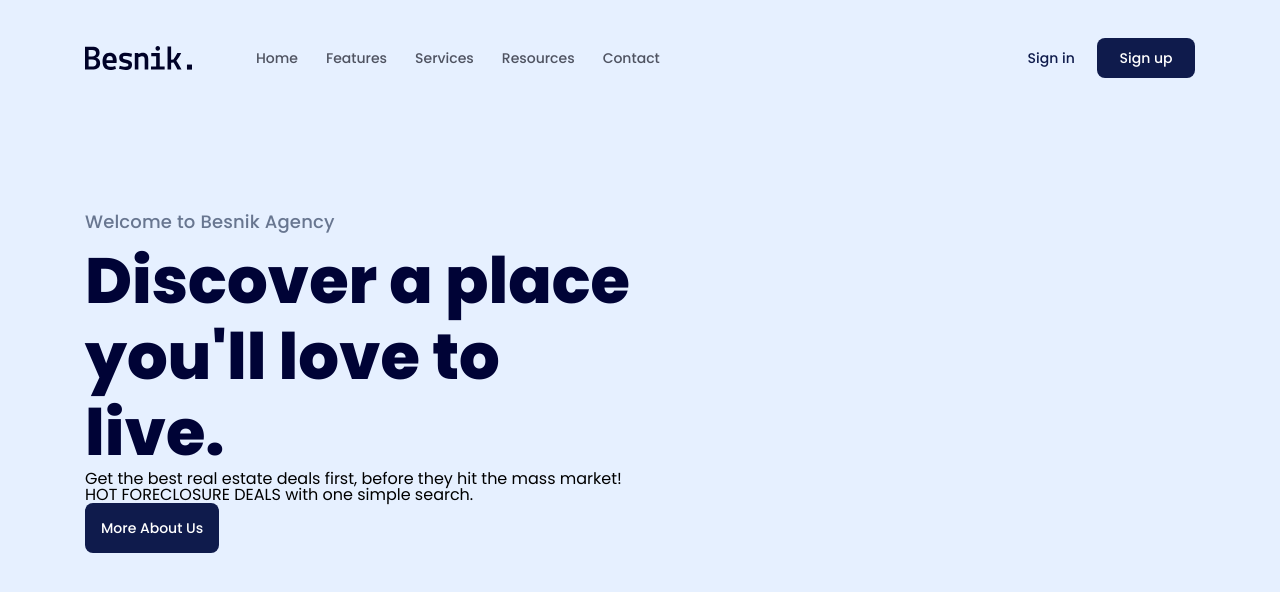
Repository: Tibi2003/f8-htmlcss-01
Page: index.html
An editor plug-in stored every save of this project. The page is shown before and after the next save, followed by the edit.
The browser window is 1280 px wide. The pictures show the whole page.

Above is the page before, as saved 2024-02-05 16:40:53.

### index.html
<!DOCTYPE html>
<html lang="en">
	<head>
		<meta charset="UTF-8" />
		<meta name="viewport" content="width=device-width, initial-scale=1.0" />
		<title>F8 Project 01</title>
		<link rel="stylesheet" href="./assets/css/reset.css" />
		<link rel="stylesheet" href="./assets/fonts/stylesheet.css" />
		<link rel="stylesheet" href="./assets/css/styles.css" />
	</head>
	<body>
		<main>
			<!-- Header -->
			<header class="header">
				<div class="content">
					<nav class="navbar">
						<!-- Logo -->
						<img src="./assets/img/logo.svg" alt="Besnik." />
						<!-- Navigation -->
						<ul>
							<li><a href="#!">Home</a></li>
							<li><a href="#!">Features</a></li>
							<li><a href="#!">Services</a></li>
							<li><a href="#!">Resources</a></li>
							<li><a href="#!">Contact</a></li>
						</ul>
						<!-- Action -->
						<div class="actions">
							<a href="#!" class="action-link">Sign in</a>
							<a href="#!" class="btn action-btn">Sign up</a>
						</div>
					</nav>

					<div class="hero">
						<div class="info">
							<p class="sub-title">Welcome to Besnik Agency</p>
							<h1 class="title">
								Discover a place you'll love to live.
							</h1>
							<p class="desc">
								Get the best real estate deals first, before
								they hit the mass market! HOT FORECLOSURE DEALS
								with one simple search.
							</p>
							<a href="" class="btn">More About Us</a>
						</div>
					</div>
				</div>
			</header>
		</main>
	</body>
</html>

### assets/fonts/stylesheet.css
/* ========== Poppins ========== */
@font-face {
	font-family: "Poppins";
	src: url("Poppins/Poppins-Black.woff2") format("woff2"),
		url("Poppins/Poppins-Black.woff") format("woff");
	font-weight: 900;
	font-style: normal;
	font-display: swap;
}

@font-face {
	font-family: "Poppins";
	src: url("Poppins/Poppins-BlackItalic.woff2") format("woff2"),
		url("Poppins/Poppins-BlackItalic.woff") format("woff");
	font-weight: 900;
	font-style: italic;
	font-display: swap;
}

@font-face {
	font-family: "Poppins";
	src: url("Poppins/Poppins-Bold.woff2") format("woff2"),
		url("Poppins/Poppins-Bold.woff") format("woff");
	font-weight: bold;
	font-style: normal;
	font-display: swap;
}

@font-face {
	font-family: "Poppins";
	src: url("Poppins/Poppins-ExtraLightItalic.woff2") format("woff2"),
		url("Poppins/Poppins-ExtraLightItalic.woff") format("woff");
	font-weight: 200;
	font-style: italic;
	font-display: swap;
}

@font-face {
	font-family: "Poppins";
	src: url("Poppins/Poppins-Italic.woff2") format("woff2"),
		url("Poppins/Poppins-Italic.woff") format("woff");
	font-weight: normal;
	font-style: italic;
	font-display: swap;
}

@font-face {
	font-family: "Poppins";
	src: url("Poppins/Poppins-BoldItalic.woff2") format("woff2"),
		url("Poppins/Poppins-BoldItalic.woff") format("woff");
	font-weight: bold;
	font-style: italic;
	font-display: swap;
}

@font-face {
	font-family: "Poppins";
	src: url("Poppins/Poppins-ExtraBold.woff2") format("woff2"),
		url("Poppins/Poppins-ExtraBold.woff") format("woff");
	font-weight: bold;
	font-style: normal;
	font-display: swap;
}

@font-face {
	font-family: "Poppins";
	src: url("Poppins/Poppins-ExtraLight.woff2") format("woff2"),
		url("Poppins/Poppins-ExtraLight.woff") format("woff");
	font-weight: 200;
	font-style: normal;
	font-display: swap;
}

@font-face {
	font-family: "Poppins";
	src: url("Poppins/Poppins-ExtraBoldItalic.woff2") format("woff2"),
		url("Poppins/Poppins-ExtraBoldItalic.woff") format("woff");
	font-weight: bold;
	font-style: italic;
	font-display: swap;
}

@font-face {
	font-family: "Poppins";
	src: url("Poppins/Poppins-Medium.woff2") format("woff2"),
		url("Poppins/Poppins-Medium.woff") format("woff");
	font-weight: 500;
	font-style: normal;
	font-display: swap;
}

@font-face {
	font-family: "Poppins";
	src: url("Poppins/Poppins-Light.woff2") format("woff2"),
		url("Poppins/Poppins-Light.woff") format("woff");
	font-weight: 300;
	font-style: normal;
	font-display: swap;
}

@font-face {
	font-family: "Poppins";
	src: url("Poppins/Poppins-MediumItalic.woff2") format("woff2"),
		url("Poppins/Poppins-MediumItalic.woff") format("woff");
	font-weight: 500;
	font-style: italic;
	font-display: swap;
}

@font-face {
	font-family: "Poppins";
	src: url("Poppins/Poppins-Regular.woff2") format("woff2"),
		url("Poppins/Poppins-Regular.woff") format("woff");
	font-weight: normal;
	font-style: normal;
	font-display: swap;
}

@font-face {
	font-family: "Poppins";
	src: url("Poppins/Poppins-LightItalic.woff2") format("woff2"),
		url("Poppins/Poppins-LightItalic.woff") format("woff");
	font-weight: 300;
	font-style: italic;
	font-display: swap;
}

@font-face {
	font-family: "Poppins";
	src: url("Poppins/Poppins-SemiBoldItalic.woff2") format("woff2"),
		url("Poppins/Poppins-SemiBoldItalic.woff") format("woff");
	font-weight: 600;
	font-style: italic;
	font-display: swap;
}

@font-face {
	font-family: "Poppins";
	src: url("Poppins/Poppins-SemiBold.woff2") format("woff2"),
		url("Poppins/Poppins-SemiBold.woff") format("woff");
	font-weight: 600;
	font-style: normal;
	font-display: swap;
}

@font-face {
	font-family: "Poppins";
	src: url("Poppins/Poppins-ThinItalic.woff2") format("woff2"),
		url("Poppins/Poppins-ThinItalic.woff") format("woff");
	font-weight: 100;
	font-style: italic;
	font-display: swap;
}

@font-face {
	font-family: "Poppins";
	src: url("Poppins/Poppins-Thin.woff2") format("woff2"),
		url("Poppins/Poppins-Thin.woff") format("woff");
	font-weight: 100;
	font-style: normal;
	font-display: swap;
}

### assets/css/styles.css
* {
	box-sizing: border-box;
}

:root {
	--primary-color: #0f1b4c;
}

html {
	font-size: 62.5%;
}

body {
	font-size: 1.6rem;
	font-family: "Poppins", sans-serif;
}

/* Common */
a {
	text-decoration: none;
}

.btn {
	display: inline-block;
	min-width: 98px;
	padding: 18px 16px;
	border-radius: 8px;
	background: var(--primary-color);
	font-size: 1.4rem;
	font-weight: 500;
	text-align: center;
	color: #ffffff;
}

.btn:hover {
	opacity: 0.9;
}

.content {
	width: 1110px;
	max-width: calc(100% - 48px);
	margin-left: auto;
	margin-right: auto;
}

/* Header */
.header {
	background: #e6f0ff;
	height: 100vh;
}

.navbar {
	display: flex;
	align-items: center;
	padding-top: 38px;
}

.navbar ul {
	display: flex;
	margin-left: 50px;
}

.navbar .actions {
	margin-left: auto;
}

.navbar ul a {
	font-size: 1.4rem;
	font-weight: 500;
	color: #4f5361;
	padding: 8px 14px;
}

.navbar ul a:hover {
	text-decoration: underline;
}

.navbar .action-link {
	font-weight: 500;
	font-size: 1.4rem;
	color: var(--primary-color);
}

.navbar .action-btn {
	padding: 13px 16px;
	margin-left: 18px;
}

.hero {
	margin-top: 130px;
}

.hero .info {
	width: 51%;
}

.hero .sub-title {
	font-size: 1.8rem;
	font-weight: 500;
	line-height: 1.5;
	letter-spacing: 0.01em;
	color: #687690;
}

.hero .title {
	margin-top: 8px;
	font-size: 6.4rem;
	font-weight: 700;
	line-height: 1.19;
	color: #000336;
}

Loaded but not shown: assets/css/reset.css (common file)

After the next save:
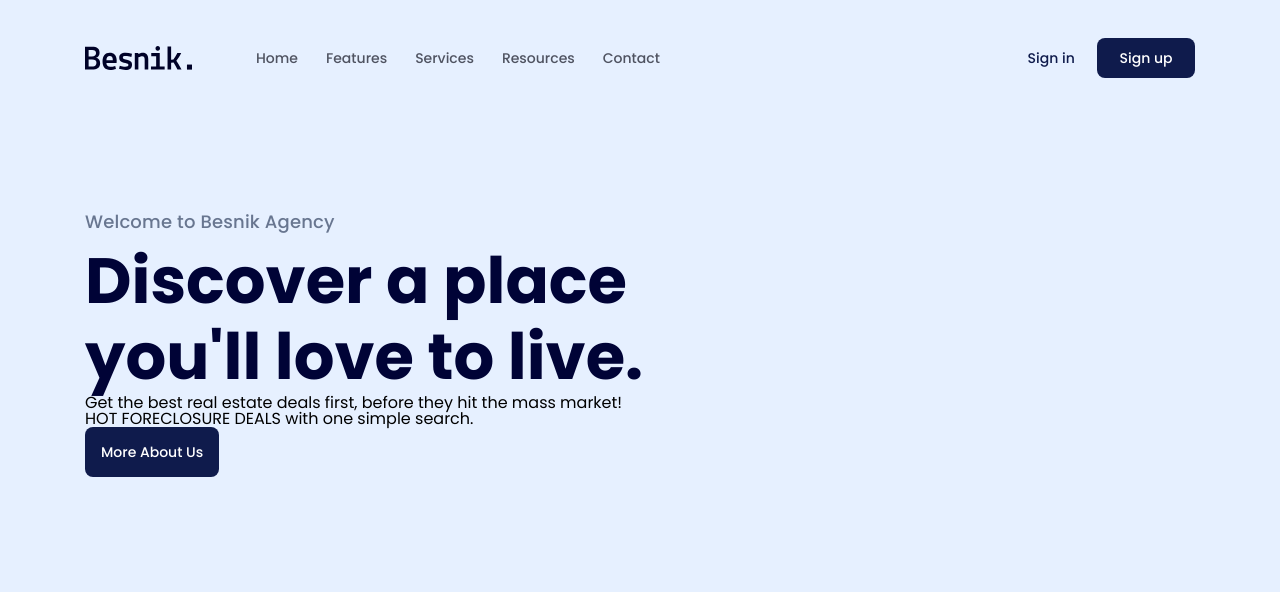
Saved 5 min 55 s later.
--- a/index.html
+++ b/index.html
@@ -5,7 +5,12 @@
 		<meta name="viewport" content="width=device-width, initial-scale=1.0" />
 		<title>F8 Project 01</title>
 		<link rel="stylesheet" href="./assets/css/reset.css" />
-		<link rel="stylesheet" href="./assets/fonts/stylesheet.css" />
+		<link rel="preconnect" href="https://fonts.googleapis.com" />
+		<link rel="preconnect" href="https://fonts.gstatic.com" crossorigin />
+		<link
+			href="https://fonts.googleapis.com/css2?family=Poppins:wght@400;500;600;700&display=swap"
+			rel="stylesheet" />
+		<!-- <link rel="stylesheet" href="./assets/fonts/stylesheet.css" /> -->
 		<link rel="stylesheet" href="./assets/css/styles.css" />
 	</head>
 	<body>
